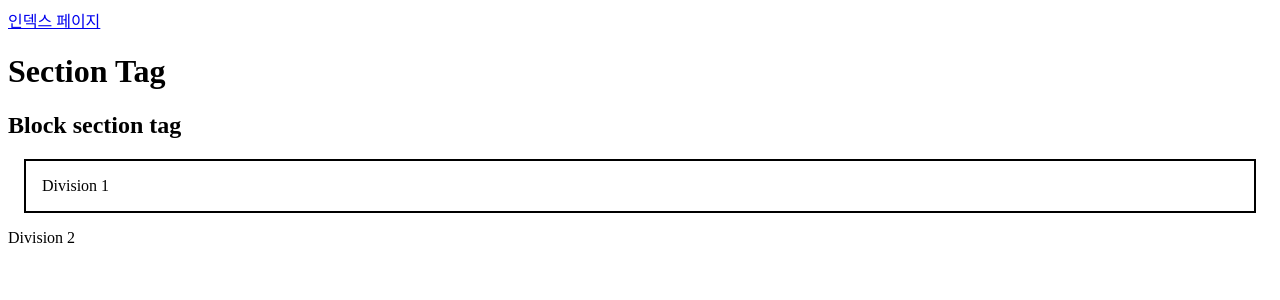
Repository: Sid0130/HTML
Page: lab-web/lab01_html/src/main/webapp/section.html
The author's editor kept a copy of each file at every save. The page is drawn from the files as they stood at one save, then again after the next save.
The browser window is 1280 px wide. The pictures show the whole page.

Above is the page before, as saved 2024-12-03 02:15:37.

### lab-web/lab01_html/src/main/webapp/section.html
<!DOCTYPE html>
<html>
    <head>
        <meta charset="UTF-8">
        <title>lab01</title>
    </head>
        <body>

            <a href="index.html">인덱스 페이지</a>

            <h1>Section Tag</h1>

            <!--위에서 아래로 적혀지는게 블록요소 -->
            <h2>Block section tag</h2>
            <div style="border: 2px solid black; margin: 16px; padding: 16px">Division 1</div>
            <div>Division 2</div>
        </body>
</html>

After the next save:
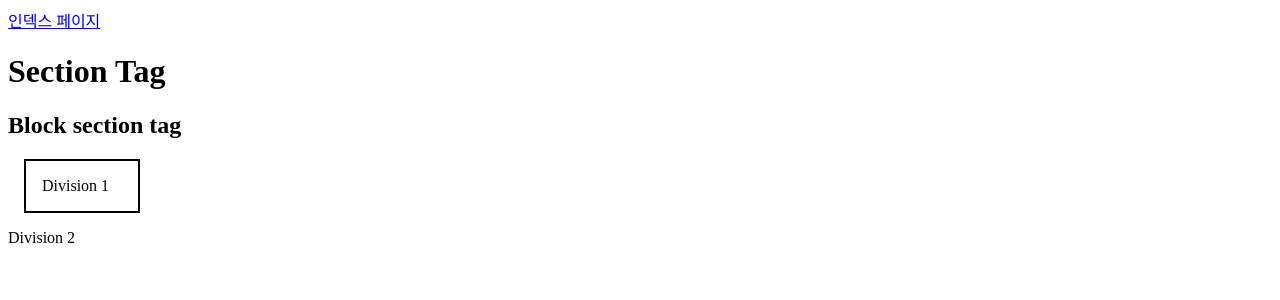
Saved 3 min 56 s later.
--- a/lab-web/lab01_html/src/main/webapp/section.html
+++ b/lab-web/lab01_html/src/main/webapp/section.html
@@ -12,7 +12,7 @@
 
             <!--위에서 아래로 적혀지는게 블록요소 -->
             <h2>Block section tag</h2>
-            <div style="border: 2px solid black; margin: 16px; padding: 16px">Division 1</div>
+            <div style="border: 2px solid black; margin: 16px; padding: 16px; width: 80px;">Division 1</div>
             <div>Division 2</div>
         </body>
 </html>
